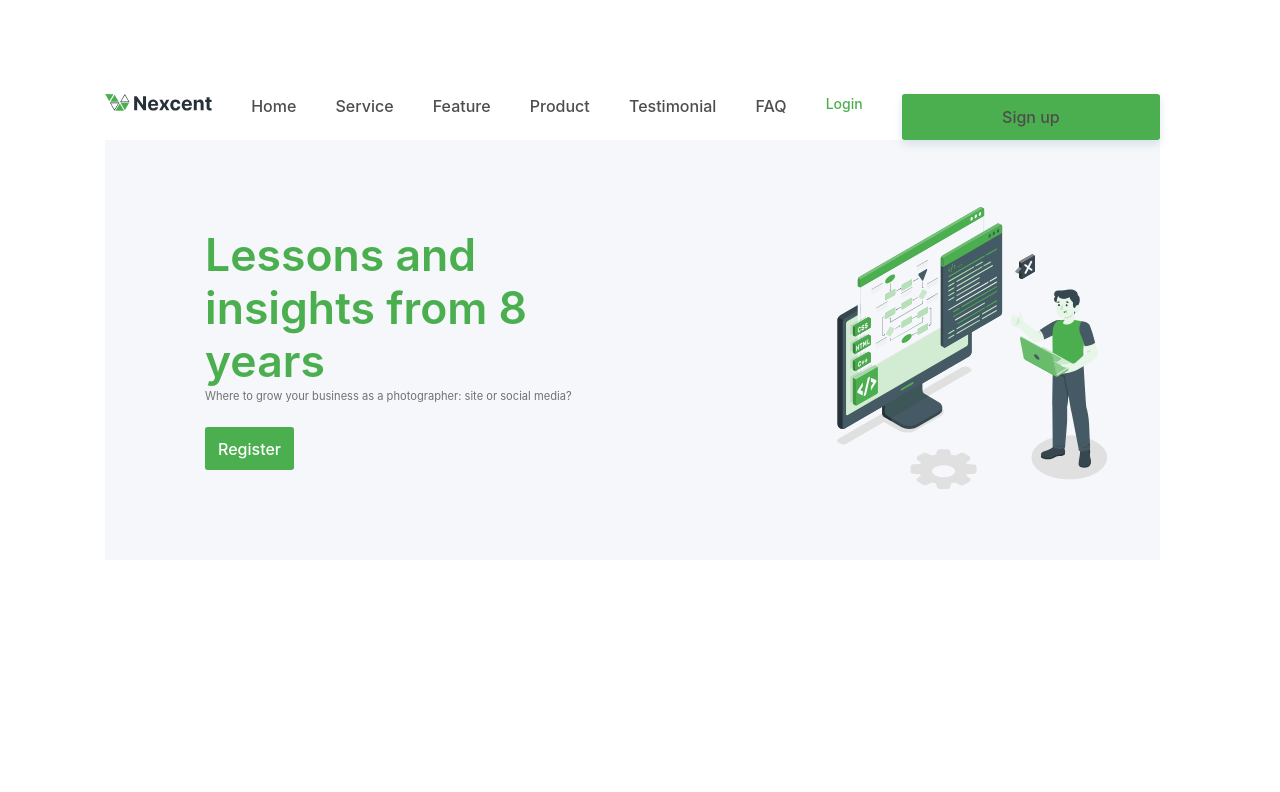
Repository: kubrazamanova/Folder4
Page: homePage/index.html
These files come from the project's save history. The page is drawn as it stood at one moment and after the next save; the edit follows.
The browser window is 1280 px wide. The pictures show the whole page.

Above is the page before, as saved 2023-11-11 11:27:19.

### homePage/index.html
<!DOCTYPE html>
<html lang="en">
  <head>
    <meta charset="UTF-8" />
    <meta name="viewport" content="width=device-width, initial-scale=1.0" />
    <link rel="stylesheet" href="index.css" />
    <title>Document</title>
  </head>
  <body>
    <ul>
      <li>
        <a href="../homePage/index.html"></a>
      </li>
      <li>
        <a href="../servicePage/index.html"></a>
      </li>
      <li>
        <a href=""></a>
      </li>
      <li>
        <a href=""></a>
      </li>
    </ul>
    <div class="container">
      <!-- <div class="logo">
    <div class="box1">
        <svg xmlns="http://www.w3.org/2000/svg" width="25" height="17" viewBox="0 0 25 17" fill="none">
            <path d="M13.3106 9.17145L9.55812 15.5982L5.80569 9.17145H13.3106ZM14.3159 8.59705H4.79636L9.55812 16.7349L14.3159 8.59705Z" fill="#263238"/>
            <path d="M19.8347 1.17808L23.5871 7.60481H16.0822L19.8347 1.17808ZM19.8347 0.0292969L15.0729 8.16715H24.5965L19.8347 0.0292969Z" fill="#263238"/>
            <path d="M0.234009 0.0292969L4.2266 7.22725L8.58952 0.210039L0.234009 0.0292969Z" fill="#4CAF4F"/>
            <path d="M9.55825 0.659912L13.7462 7.8177H5.36218L9.55825 0.659912Z" fill="#4CAF4F"/>
            <path d="M14.8247 9.38037L19.0167 16.735H10.4332L14.6944 9.38037H14.8247Z" fill="#4CAF4F"/>
            <path d="M15.7322 8.93445L19.8347 16.1766L23.9941 8.93445H15.7322Z" fill="#4CAF4F"/>
          </svg>
          <svg xmlns="http://www.w3.org/2000/svg" width="78" height="15" viewBox="0 0 78 15" fill="none">
            <path d="M12.0209 0.19104V14.3655H9.43242L3.26568 5.44419H3.16186V14.3655H0.165009V0.19104H2.79504L8.91334 9.10548H9.03792V0.19104H12.0209Z" fill="#263238"/>
            <path d="M19.2864 14.5732C18.1929 14.5732 17.2516 14.3517 16.4626 13.9087C15.6782 13.4612 15.0737 12.8291 14.6492 12.0124C14.2247 11.191 14.0125 10.2198 14.0125 9.09855C14.0125 8.00501 14.2247 7.04528 14.6492 6.21936C15.0737 5.39343 15.6713 4.74977 16.4418 4.28836C17.217 3.82695 18.126 3.59624 19.1687 3.59624C19.8701 3.59624 20.523 3.70929 21.1274 3.93538C21.7365 4.15686 22.2671 4.49138 22.7193 4.93895C23.1761 5.38651 23.5314 5.94943 23.7851 6.62771C24.0389 7.30136 24.1658 8.09037 24.1658 8.99474V9.80451H15.1891V7.97733H21.3904C21.3904 7.55283 21.2982 7.17678 21.1136 6.84918C20.929 6.52158 20.6729 6.2655 20.3453 6.08094C20.0224 5.89176 19.6463 5.79717 19.2172 5.79717C18.7696 5.79717 18.3728 5.90098 18.0268 6.10862C17.6853 6.31164 17.4177 6.58618 17.2239 6.93224C17.0301 7.27368 16.9309 7.65434 16.9263 8.07422V9.81143C16.9263 10.3374 17.0232 10.7919 17.217 11.1749C17.4154 11.5579 17.6945 11.8532 18.0544 12.0608C18.4143 12.2684 18.8411 12.3723 19.3349 12.3723C19.6625 12.3723 19.9624 12.3261 20.2346 12.2338C20.5068 12.1416 20.7398 12.0031 20.9336 11.8186C21.1274 11.634 21.2751 11.4079 21.3766 11.1403L24.1035 11.3202C23.9651 11.9754 23.6813 12.5476 23.2522 13.0367C22.8277 13.5212 22.2786 13.8995 21.605 14.1718C20.9359 14.4394 20.1631 14.5732 19.2864 14.5732Z" fill="#263238"/>
            <path d="M28.3635 3.73467L30.3152 7.45132L32.3155 3.73467H35.34L32.2601 9.05011L35.4231 14.3655H32.4124L30.3152 10.6904L28.2527 14.3655H25.2074L28.3635 9.05011L25.3182 3.73467H28.3635Z" fill="#263238"/>
            <path d="M41.5137 14.5732C40.4247 14.5732 39.4881 14.3425 38.7037 13.8811C37.9239 13.415 37.3241 12.7691 36.9042 11.9431C36.4889 11.1172 36.2813 10.1667 36.2813 9.09163C36.2813 8.00271 36.4912 7.04759 36.9111 6.22628C37.3356 5.40036 37.9377 4.75669 38.7175 4.29528C39.4973 3.82926 40.4247 3.59624 41.4998 3.59624C42.4273 3.59624 43.2393 3.76466 43.9361 4.10149C44.6328 4.43832 45.1842 4.91126 45.5902 5.52032C45.9963 6.12938 46.22 6.84457 46.2616 7.66588H43.4793C43.4008 7.13526 43.1932 6.70845 42.8564 6.38547C42.5241 6.05786 42.0881 5.89406 41.5483 5.89406C41.0915 5.89406 40.6924 6.01864 40.3509 6.26781C40.0141 6.51235 39.7511 6.86995 39.5619 7.34058C39.3727 7.81122 39.2781 8.38106 39.2781 9.05011C39.2781 9.72838 39.3704 10.3051 39.555 10.7804C39.7442 11.2556 40.0095 11.6179 40.3509 11.867C40.6924 12.1162 41.0915 12.2408 41.5483 12.2408C41.8851 12.2408 42.1873 12.1715 42.4549 12.0331C42.7272 11.8947 42.951 11.694 43.1263 11.431C43.3062 11.1634 43.4239 10.8427 43.4793 10.4689H46.2616C46.2154 11.281 45.9939 11.9962 45.5971 12.6145C45.2049 13.2282 44.6628 13.708 43.9707 14.0541C43.2786 14.4002 42.4596 14.5732 41.5137 14.5732Z" fill="#263238"/>
            <path d="M52.9941 14.5732C51.9006 14.5732 50.9593 14.3517 50.1703 13.9087C49.3859 13.4612 48.7814 12.8291 48.3569 12.0124C47.9324 11.191 47.7202 10.2198 47.7202 9.09855C47.7202 8.00501 47.9324 7.04528 48.3569 6.21936C48.7814 5.39343 49.379 4.74977 50.1495 4.28836C50.9247 3.82695 51.8337 3.59624 52.8764 3.59624C53.5778 3.59624 54.2307 3.70929 54.8351 3.93538C55.4442 4.15686 55.9748 4.49138 56.427 4.93895C56.8838 5.38651 57.2391 5.94943 57.4929 6.62771C57.7466 7.30136 57.8735 8.09037 57.8735 8.99474V9.80451H48.8968V7.97733H55.0981C55.0981 7.55283 55.0059 7.17678 54.8213 6.84918C54.6367 6.52158 54.3806 6.2655 54.053 6.08094C53.7301 5.89176 53.354 5.79717 52.9249 5.79717C52.4773 5.79717 52.0805 5.90098 51.7345 6.10862C51.393 6.31164 51.1254 6.58618 50.9316 6.93224C50.7378 7.27368 50.6386 7.65434 50.634 8.07422V9.81143C50.634 10.3374 50.7309 10.7919 50.9247 11.1749C51.1231 11.5579 51.4022 11.8532 51.7621 12.0608C52.122 12.2684 52.5488 12.3723 53.0426 12.3723C53.3702 12.3723 53.6701 12.3261 53.9423 12.2338C54.2145 12.1416 54.4475 12.0031 54.6413 11.8186C54.8351 11.634 54.9828 11.4079 55.0843 11.1403L57.8112 11.3202C57.6728 11.9754 57.389 12.5476 56.9599 13.0367C56.5354 13.5212 55.9864 13.8995 55.3127 14.1718C54.6437 14.4394 53.8708 14.5732 52.9941 14.5732Z" fill="#263238"/>
            <path d="M62.746 8.21957V14.3655H59.7976V3.73467H62.6076V5.6103H62.7322C62.9675 4.99201 63.362 4.50291 63.9157 4.14301C64.4694 3.7785 65.1407 3.59624 65.9297 3.59624C66.668 3.59624 67.3117 3.75774 67.8607 4.08072C68.4098 4.40371 68.8366 4.86512 69.1411 5.46495C69.4457 6.06017 69.5979 6.77074 69.5979 7.59667V14.3655H66.6495V8.12267C66.6541 7.47209 66.488 6.96453 66.1512 6.60002C65.8144 6.23089 65.3507 6.04633 64.7601 6.04633C64.3632 6.04633 64.0126 6.13169 63.708 6.30241C63.4081 6.47313 63.1728 6.72229 63.0021 7.0499C62.836 7.37288 62.7506 7.76277 62.746 8.21957Z" fill="#263238"/>
            <path d="M77.5763 3.73467V5.94943H71.1742V3.73467H77.5763ZM72.6277 1.18769H75.5761V11.0988C75.5761 11.371 75.6176 11.5832 75.7007 11.7355C75.7837 11.8832 75.8991 11.987 76.0467 12.047C76.199 12.1069 76.3743 12.1369 76.5727 12.1369C76.7111 12.1369 76.8496 12.1254 76.988 12.1023C77.1264 12.0746 77.2325 12.0539 77.3064 12.04L77.7701 14.234C77.6224 14.2802 77.4148 14.3332 77.1472 14.3932C76.8796 14.4578 76.5543 14.497 76.1713 14.5109C75.4607 14.5386 74.8378 14.444 74.3026 14.2271C73.772 14.0103 73.359 13.6734 73.0637 13.2166C72.7684 12.7598 72.6231 12.1831 72.6277 11.4863V1.18769Z" fill="#263238"/>
          </svg>
    </div>
    <a href="#">Register Now</a>
</div>
    <nav>
        <ul>
<li>
    <p>Home</p>
</li>

<li>
    <p>Features</p>
</li>
<li>
    <p>Community</p>
</li>

<li>
    <p>Blog</p>
</li>

<li>
   <p>Pricing</p>
</li>

</ul>
      </nav>





    </div>

</body>
</html>  -->

      <nav>
        <ul>
          <li>
            <div class="box1">
              <svg
                xmlns="http://www.w3.org/2000/svg"
                width="25"
                height="17"
                viewBox="0 0 25 17"
                fill="none"
              >
                <path
                  d="M13.3106 9.17145L9.55812 15.5982L5.80569 9.17145H13.3106ZM14.3159 8.59705H4.79636L9.55812 16.7349L14.3159 8.59705Z"
                  fill="#263238"
                />
                <path
                  d="M19.8347 1.17808L23.5871 7.60481H16.0822L19.8347 1.17808ZM19.8347 0.0292969L15.0729 8.16715H24.5965L19.8347 0.0292969Z"
                  fill="#263238"
                />
                <path
                  d="M0.234009 0.0292969L4.2266 7.22725L8.58952 0.210039L0.234009 0.0292969Z"
                  fill="#4CAF4F"
                />
                <path
                  d="M9.55825 0.659912L13.7462 7.8177H5.36218L9.55825 0.659912Z"
                  fill="#4CAF4F"
                />
                <path
                  d="M14.8247 9.38037L19.0167 16.735H10.4332L14.6944 9.38037H14.8247Z"
                  fill="#4CAF4F"
                />
                <path
                  d="M15.7322 8.93445L19.8347 16.1766L23.9941 8.93445H15.7322Z"
                  fill="#4CAF4F"
                />
              </svg>
              <svg
                xmlns="http://www.w3.org/2000/svg"
                width="78"
                height="15"
                viewBox="0 0 78 15"
                fill="none"
              >
                <path
                  d="M12.0209 0.19104V14.3655H9.43242L3.26568 5.44419H3.16186V14.3655H0.165009V0.19104H2.79504L8.91334 9.10548H9.03792V0.19104H12.0209Z"
                  fill="#263238"
                />
                <path
                  d="M19.2864 14.5732C18.1929 14.5732 17.2516 14.3517 16.4626 13.9087C15.6782 13.4612 15.0737 12.8291 14.6492 12.0124C14.2247 11.191 14.0125 10.2198 14.0125 9.09855C14.0125 8.00501 14.2247 7.04528 14.6492 6.21936C15.0737 5.39343 15.6713 4.74977 16.4418 4.28836C17.217 3.82695 18.126 3.59624 19.1687 3.59624C19.8701 3.59624 20.523 3.70929 21.1274 3.93538C21.7365 4.15686 22.2671 4.49138 22.7193 4.93895C23.1761 5.38651 23.5314 5.94943 23.7851 6.62771C24.0389 7.30136 24.1658 8.09037 24.1658 8.99474V9.80451H15.1891V7.97733H21.3904C21.3904 7.55283 21.2982 7.17678 21.1136 6.84918C20.929 6.52158 20.6729 6.2655 20.3453 6.08094C20.0224 5.89176 19.6463 5.79717 19.2172 5.79717C18.7696 5.79717 18.3728 5.90098 18.0268 6.10862C17.6853 6.31164 17.4177 6.58618 17.2239 6.93224C17.0301 7.27368 16.9309 7.65434 16.9263 8.07422V9.81143C16.9263 10.3374 17.0232 10.7919 17.217 11.1749C17.4154 11.5579 17.6945 11.8532 18.0544 12.0608C18.4143 12.2684 18.8411 12.3723 19.3349 12.3723C19.6625 12.3723 19.9624 12.3261 20.2346 12.2338C20.5068 12.1416 20.7398 12.0031 20.9336 11.8186C21.1274 11.634 21.2751 11.4079 21.3766 11.1403L24.1035 11.3202C23.9651 11.9754 23.6813 12.5476 23.2522 13.0367C22.8277 13.5212 22.2786 13.8995 21.605 14.1718C20.9359 14.4394 20.1631 14.5732 19.2864 14.5732Z"
                  fill="#263238"
                />
                <path
                  d="M28.3635 3.73467L30.3152 7.45132L32.3155 3.73467H35.34L32.2601 9.05011L35.4231 14.3655H32.4124L30.3152 10.6904L28.2527 14.3655H25.2074L28.3635 9.05011L25.3182 3.73467H28.3635Z"
                  fill="#263238"
                />
                <path
                  d="M41.5137 14.5732C40.4247 14.5732 39.4881 14.3425 38.7037 13.8811C37.9239 13.415 37.3241 12.7691 36.9042 11.9431C36.4889 11.1172 36.2813 10.1667 36.2813 9.09163C36.2813 8.00271 36.4912 7.04759 36.9111 6.22628C37.3356 5.40036 37.9377 4.75669 38.7175 4.29528C39.4973 3.82926 40.4247 3.59624 41.4998 3.59624C42.4273 3.59624 43.2393 3.76466 43.9361 4.10149C44.6328 4.43832 45.1842 4.91126 45.5902 5.52032C45.9963 6.12938 46.22 6.84457 46.2616 7.66588H43.4793C43.4008 7.13526 43.1932 6.70845 42.8564 6.38547C42.5241 6.05786 42.0881 5.89406 41.5483 5.89406C41.0915 5.89406 40.6924 6.01864 40.3509 6.26781C40.0141 6.51235 39.7511 6.86995 39.5619 7.34058C39.3727 7.81122 39.2781 8.38106 39.2781 9.05011C39.2781 9.72838 39.3704 10.3051 39.555 10.7804C39.7442 11.2556 40.0095 11.6179 40.3509 11.867C40.6924 12.1162 41.0915 12.2408 41.5483 12.2408C41.8851 12.2408 42.1873 12.1715 42.4549 12.0331C42.7272 11.8947 42.951 11.694 43.1263 11.431C43.3062 11.1634 43.4239 10.8427 43.4793 10.4689H46.2616C46.2154 11.281 45.9939 11.9962 45.5971 12.6145C45.2049 13.2282 44.6628 13.708 43.9707 14.0541C43.2786 14.4002 42.4596 14.5732 41.5137 14.5732Z"
                  fill="#263238"
                />
                <path
                  d="M52.9941 14.5732C51.9006 14.5732 50.9593 14.3517 50.1703 13.9087C49.3859 13.4612 48.7814 12.8291 48.3569 12.0124C47.9324 11.191 47.7202 10.2198 47.7202 9.09855C47.7202 8.00501 47.9324 7.04528 48.3569 6.21936C48.7814 5.39343 49.379 4.74977 50.1495 4.28836C50.9247 3.82695 51.8337 3.59624 52.8764 3.59624C53.5778 3.59624 54.2307 3.70929 54.8351 3.93538C55.4442 4.15686 55.9748 4.49138 56.427 4.93895C56.8838 5.38651 57.2391 5.94943 57.4929 6.62771C57.7466 7.30136 57.8735 8.09037 57.8735 8.99474V9.80451H48.8968V7.97733H55.0981C55.0981 7.55283 55.0059 7.17678 54.8213 6.84918C54.6367 6.52158 54.3806 6.2655 54.053 6.08094C53.7301 5.89176 53.354 5.79717 52.9249 5.79717C52.4773 5.79717 52.0805 5.90098 51.7345 6.10862C51.393 6.31164 51.1254 6.58618 50.9316 6.93224C50.7378 7.27368 50.6386 7.65434 50.634 8.07422V9.81143C50.634 10.3374 50.7309 10.7919 50.9247 11.1749C51.1231 11.5579 51.4022 11.8532 51.7621 12.0608C52.122 12.2684 52.5488 12.3723 53.0426 12.3723C53.3702 12.3723 53.6701 12.3261 53.9423 12.2338C54.2145 12.1416 54.4475 12.0031 54.6413 11.8186C54.8351 11.634 54.9828 11.4079 55.0843 11.1403L57.8112 11.3202C57.6728 11.9754 57.389 12.5476 56.9599 13.0367C56.5354 13.5212 55.9864 13.8995 55.3127 14.1718C54.6437 14.4394 53.8708 14.5732 52.9941 14.5732Z"
                  fill="#263238"
                />
                <path
                  d="M62.746 8.21957V14.3655H59.7976V3.73467H62.6076V5.6103H62.7322C62.9675 4.99201 63.362 4.50291 63.9157 4.14301C64.4694 3.7785 65.1407 3.59624 65.9297 3.59624C66.668 3.59624 67.3117 3.75774 67.8607 4.08072C68.4098 4.40371 68.8366 4.86512 69.1411 5.46495C69.4457 6.06017 69.5979 6.77074 69.5979 7.59667V14.3655H66.6495V8.12267C66.6541 7.47209 66.488 6.96453 66.1512 6.60002C65.8144 6.23089 65.3507 6.04633 64.7601 6.04633C64.3632 6.04633 64.0126 6.13169 63.708 6.30241C63.4081 6.47313 63.1728 6.72229 63.0021 7.0499C62.836 7.37288 62.7506 7.76277 62.746 8.21957Z"
                  fill="#263238"
                />
                <path
                  d="M77.5763 3.73467V5.94943H71.1742V3.73467H77.5763ZM72.6277 1.18769H75.5761V11.0988C75.5761 11.371 75.6176 11.5832 75.7007 11.7355C75.7837 11.8832 75.8991 11.987 76.0467 12.047C76.199 12.1069 76.3743 12.1369 76.5727 12.1369C76.7111 12.1369 76.8496 12.1254 76.988 12.1023C77.1264 12.0746 77.2325 12.0539 77.3064 12.04L77.7701 14.234C77.6224 14.2802 77.4148 14.3332 77.1472 14.3932C76.8796 14.4578 76.5543 14.497 76.1713 14.5109C75.4607 14.5386 74.8378 14.444 74.3026 14.2271C73.772 14.0103 73.359 13.6734 73.0637 13.2166C72.7684 12.7598 72.6231 12.1831 72.6277 11.4863V1.18769Z"
                  fill="#263238"
                />
              </svg>
            </div>
          </li>
          <li>
            <a href="#">Home</a>
          </li>

          <li>
            <a href="#">Service</a>
          </li>
          <li>
            <a href="#">Feature</a>
          </li>

          <li>
            <a href="#">Product</a>
          </li>

          <li>
            <a href="#">Testimonial</a>
          </li>

          <li>
            <a href="#">FAQ</a>
          </li>

          <li>
            <a href="#">Login</a>
          </li>

          <li>
            <a href="#">Sign up</a>
          </li>
        </ul>
      </nav>

      <div class="box2">
        <div class="left-side">
          <h1>Lessons and insights from 8 years</h1>
          <h2>
            Where to grow your business as a photographer: site or social media?
          </h2>
          <a href="#">Register</a>
        </div>

        <div class="right-side">
          <img src="../images/Illustration.svg" alt="" />
        </div>
      </div>
    </div>
  </body>
</html>

### homePage/index.css
* {
  margin: 0;
  padding: 0;
  box-sizing: border-box;
}

.container {
  min-height: 100vh;
  padding: 22px 120px 96px 105px;
}

.container nav ul {
  display: flex;
  justify-content: space-between;
}

.container nav ul li {
  list-style-type: none;
}

.container nav ul li a {
  color: var(--neutral-d-grey, #4d4d4d);
  text-align: center;
  font-family: Inter;
  font-size: 16px;
  font-style: normal;
  font-weight: 500;
  line-height: 24px;
  text-decoration: none;
}

.container nav ul li:last-child {
  text-decoration: none;
  color: var(--neutral-white, #fff);
  text-align: center;
  font-family: Inter;
  font-size: 16px;
  font-style: normal;
  font-weight: 500;
  line-height: 24px;
  display: flex;
  /* width: 133px; */
  padding: 11.137px 100.234px;
  justify-content: center;
  align-items: center;
  gap: 43.852px;
  background: var(--neutral-white, #fff);
  box-shadow: 0px 4px 8px 0px rgba(171, 190, 209, 0.4);
  border-radius: 2.784px;
  background: var(--brand-primary, #4caf4f);
}

.container nav ul li:nth-child(8) a {
  color: var(--brand-primary, #4caf4f);
  text-align: center;
  font-feature-settings: "salt" on, "clig" off, "liga" off;
  font-family: Inter;
  font-size: 14px;
  font-style: normal;
  font-weight: 500;
  line-height: 20px;
}

.container .box2 {
  display: flex;
  justify-content: space-between;
  align-items: center;
  padding: 66px 52px 66px 100px;
  background: var(--neutral-silver, #f5f7fa);
}

.container .box2 .left-side h1 {
  width: 450px;
  /* display: block;
    margin-top: 111px; */
  color: var(--neutral-d-grey, #4d4d4d);
  font-family: Inter;
  font-size: 44.548px;
  font-style: normal;
  font-weight: 600;
  line-height: 52.901px;
  color: var(--brand-primary, #4caf4f);
  font-family: Inter;
  font-size: 44.548px;
  font-style: normal;
  font-weight: 600;
  line-height: 52.901px;
  align-self: stretch;
}

.container .box2 .left-side h2 {
  /* display: flex;
     margin-bottom: 120px; */
  color: var(--neutral-grey, #717171);
  font-family: Inter;
  font-size: 11.137px;
  font-style: normal;
  font-weight: 400;
  line-height: 16.706px;
  margin-bottom: 22px;
}

.container .box2 .left-side a {
  width: 89px;
  text-decoration: none;
  color: var(--neutral-white, #fff);
  text-align: center;
  font-family: Inter;
  font-size: 16px;
  font-style: normal;
  font-weight: 500;
  line-height: 24px;
  display: flex;
  padding: 9.745px 22.274px;
  justify-content: center;
  align-items: center;
  gap: 6.961px;
  border-radius: 2.784px;
  background: var(--brand-primary, #4caf4f);
}

.container .box2 .right-side img {
  width: 272.163px;
  height: 283.3px;
}

After the next save:
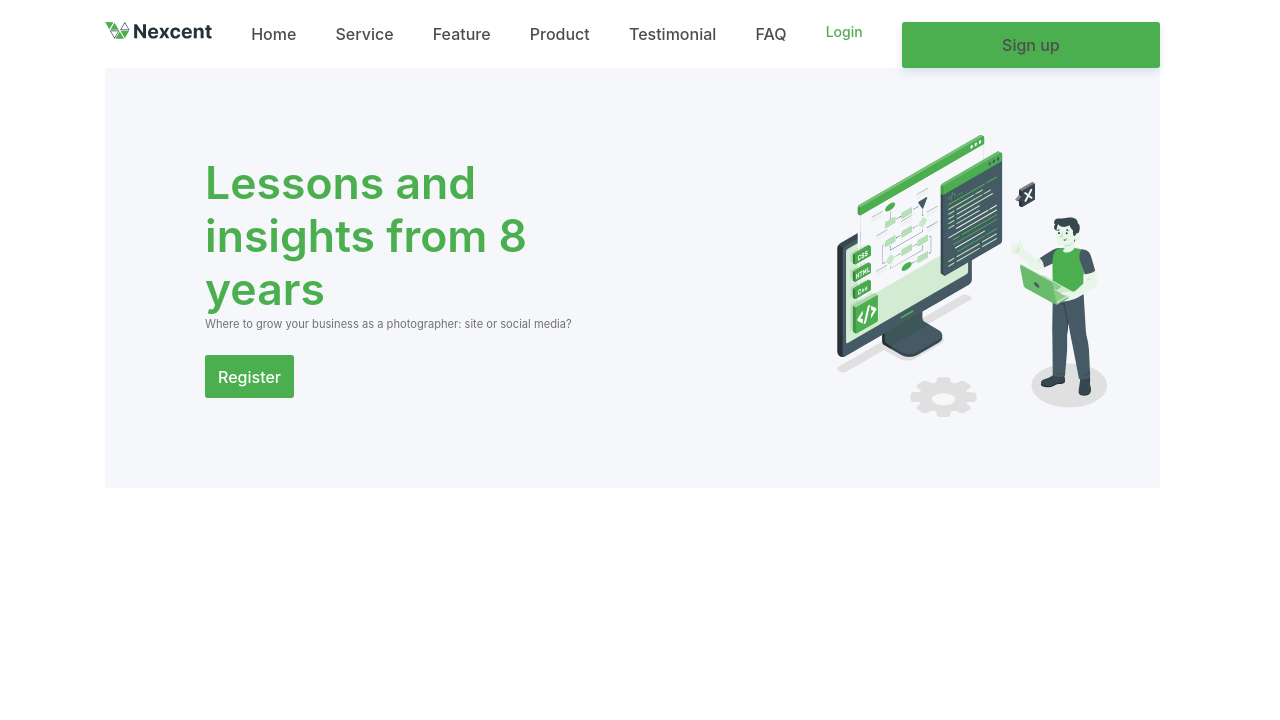
Saved 46 s later.
--- a/homePage/index.html
+++ b/homePage/index.html
@@ -7,20 +7,7 @@
     <title>Document</title>
   </head>
   <body>
-    <ul>
-      <li>
-        <a href="../homePage/index.html"></a>
-      </li>
-      <li>
-        <a href="../servicePage/index.html"></a>
-      </li>
-      <li>
-        <a href=""></a>
-      </li>
-      <li>
-        <a href=""></a>
-      </li>
-    </ul>
+
     <div class="container">
       <!-- <div class="logo">
     <div class="box1">
